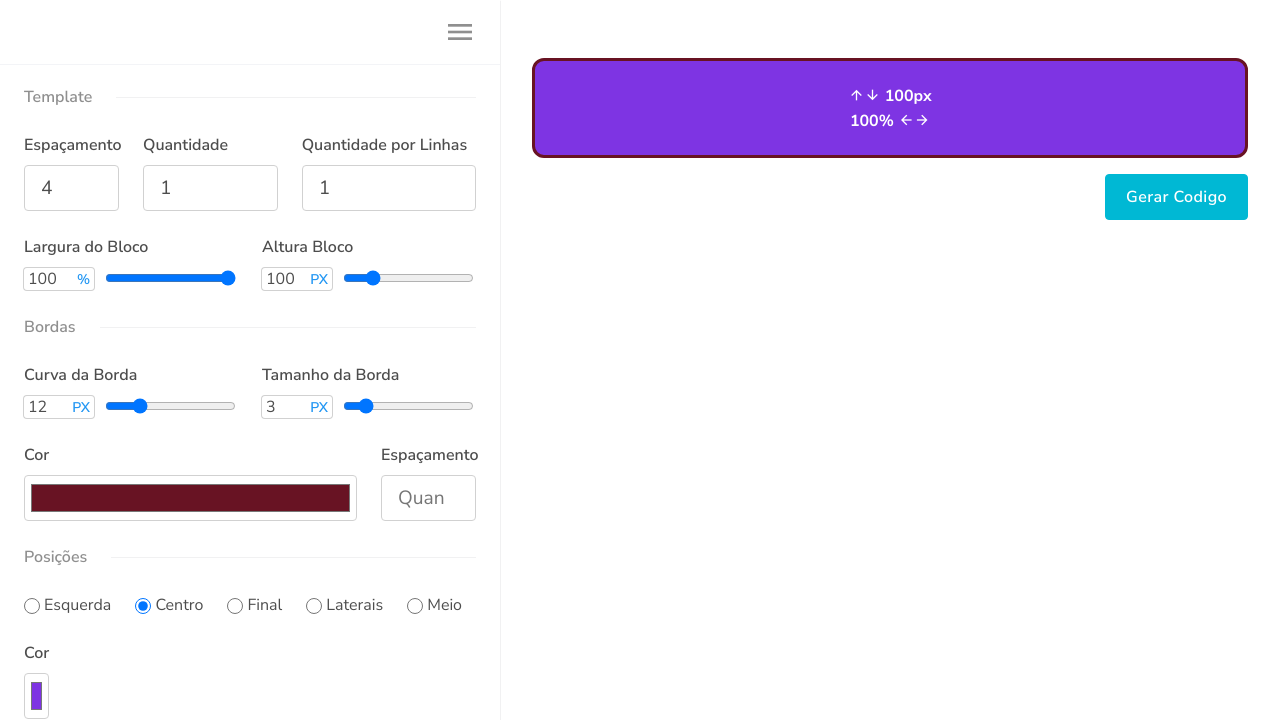
Repository: Flintdl/lowcode-elements
Page: /
These files come from the project's save history. The page is drawn as it stood at one moment and after a run of saves; the edit follows.
The browser window is 1280 px wide. The pictures show the whole page.
The project was rebuilt for these pictures with package versions that can differ from the ones it lists, and the page was loaded fresh each time. Also part of the build but not shown: vue.config.js.

Above is the page before, as saved 2022-04-05 15:04:01.

After the next 2 saves:
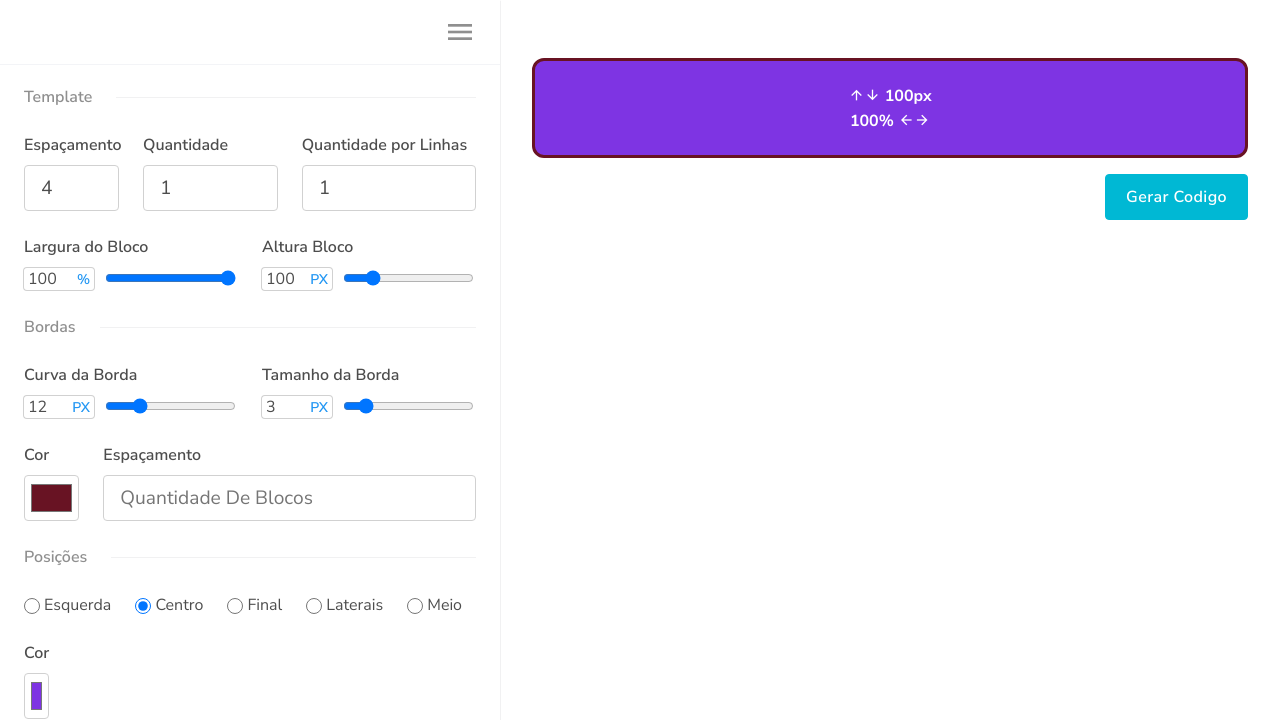
The 2 saves are shown as one change because they came seconds apart.
The last was saved 33 s later.
--- a/src/components/templates/InputBorderTipoBloco.vue
+++ b/src/components/templates/InputBorderTipoBloco.vue
@@ -1,5 +1,5 @@
 <template>
-  <div class="sf-col-3 sf-form-group">
+  <div class="sf-col-10 sf-form-group">
     <label class="sf-label">Espaçamento</label>
     <input
       type="number"
